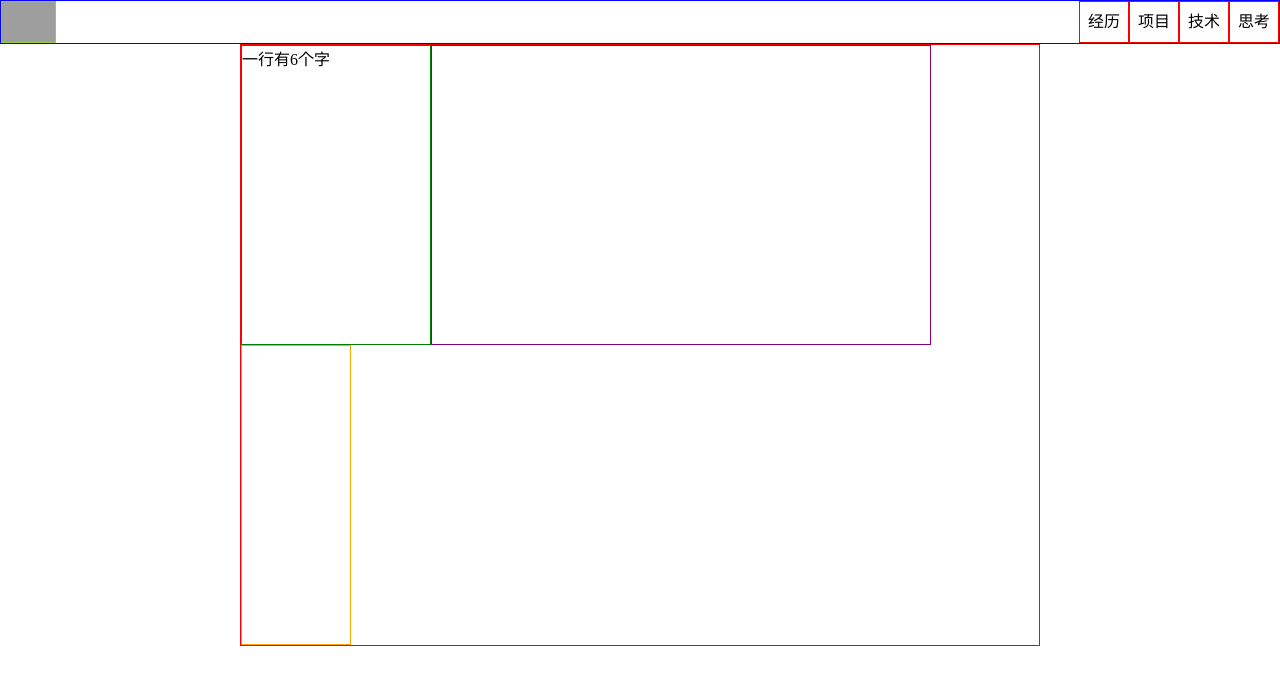
Repository: Lixianlai-2/Css-practice
Page: index.html
The author's editor kept a copy of each file at every save. The page is drawn from the files as they stood at one save, then again after the next save.
The browser window is 1280 px wide. The pictures show the whole page.
Pictures or frames that could not be fetched are drawn as grey boxes.

Above is the page before, as saved 2021-12-03 10:28:35.

After the next save:
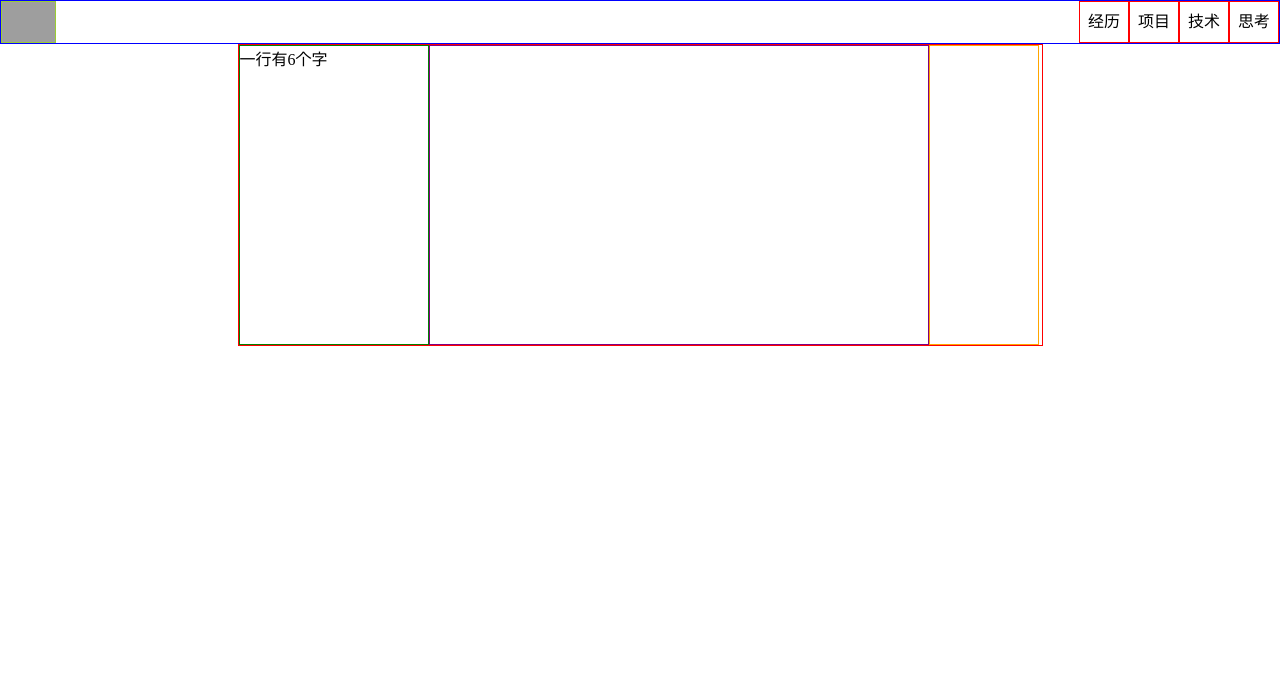
Saved 16 s later.
--- a/style.css
+++ b/style.css
@@ -46,7 +46,7 @@ ul {
 
 .content {
   border: 1px solid red;
-  width: 800px;
+  width: 805px;
   margin: auto;
 }
 
